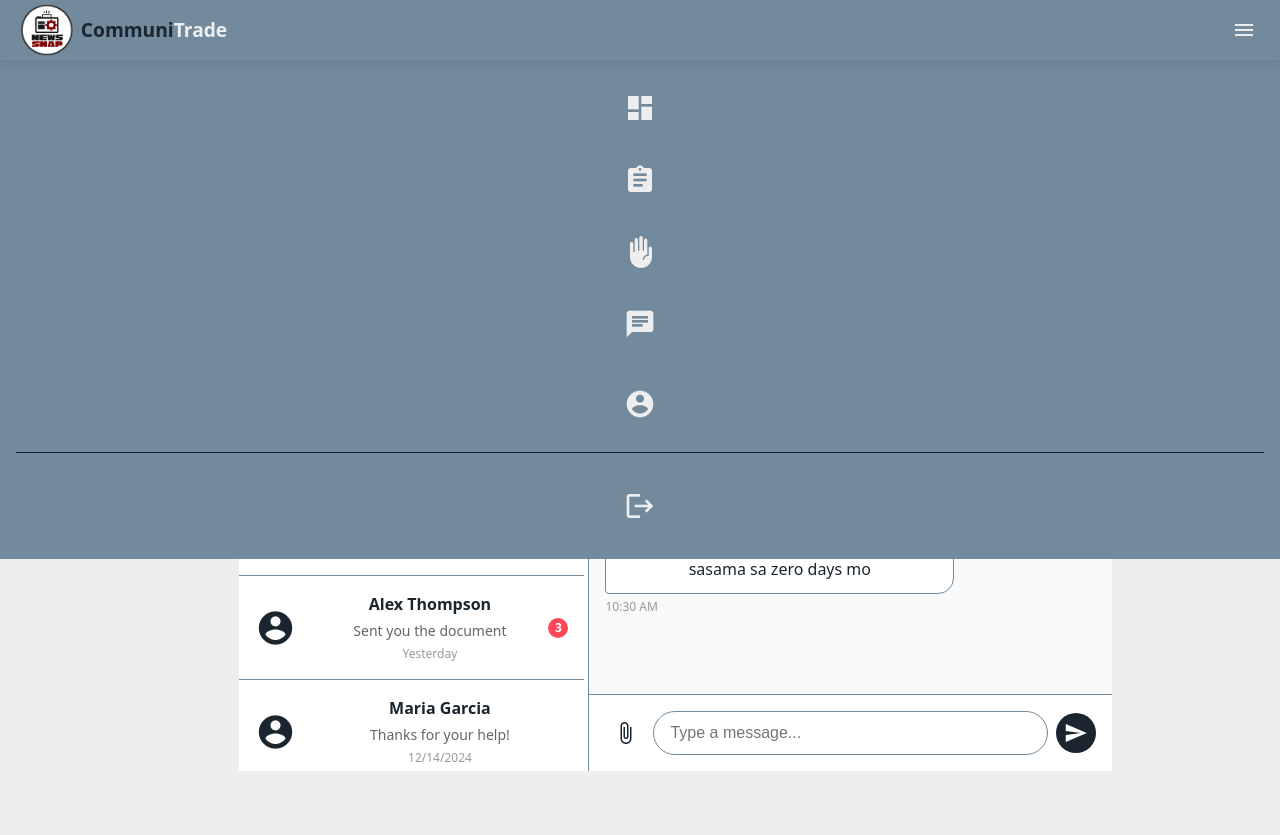
Repository: wholaanmo/news-snap
Page: /message
The author's editor kept a copy of each file at every save. The page is drawn from the files as they stood at one save, then again after the next save.
The browser window is 1280 px wide. The pictures show the whole page.
The project was rebuilt for these pictures with package versions that can differ from the ones it lists, and the page was loaded fresh each time. Also part of the build but not shown: src/components/AdminNavbar.vue, src/components/AdminSidebar.vue, src/layouts/AdminLayout.vue.

Above is the page before, as saved 2025-10-15 19:59:50.

After the next save:
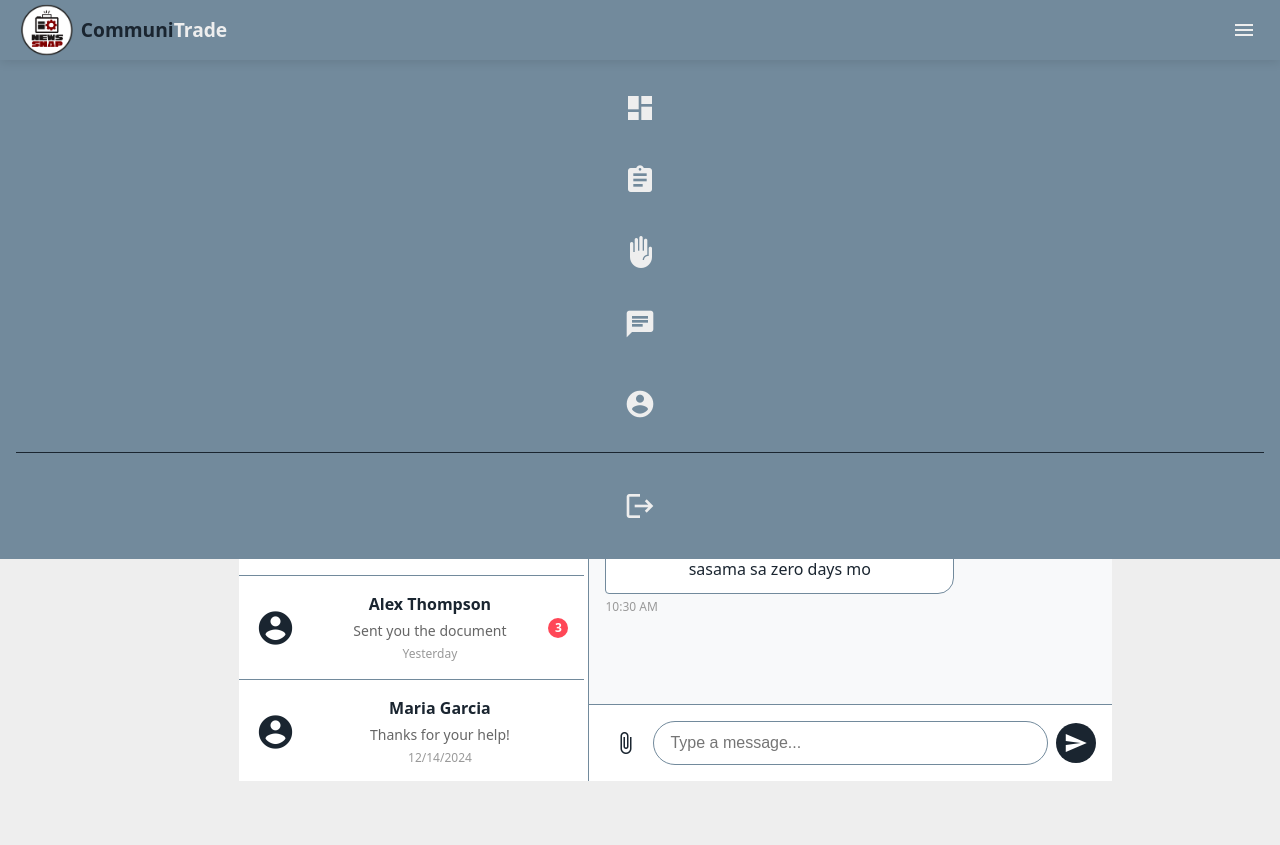
Saved 5 s later.
--- a/src/views/message.vue
+++ b/src/views/message.vue
@@ -335,7 +335,7 @@ onMounted(() => {
 <style scoped>
 .message-page {
   display: flex;
-  height: calc(100vh - 40px);
+  height: calc(100vh - 30px);
   margin-top: -3px;
   background-color: var(--light);
 }
